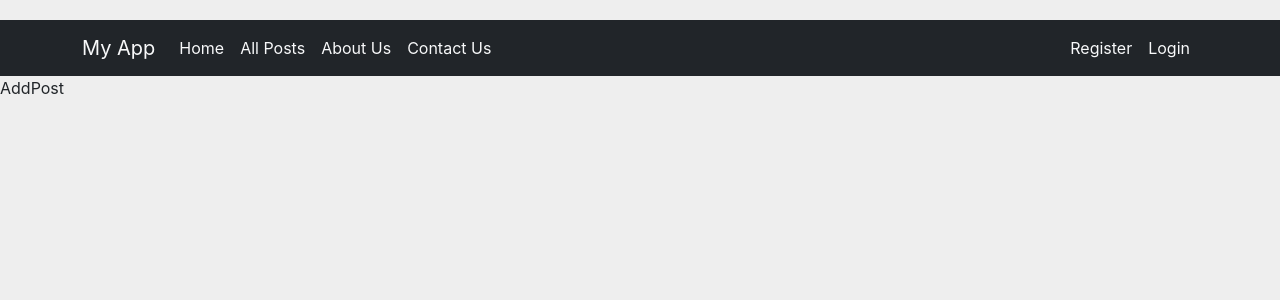
Repository: HiteshKumarMeghwar/react-redux-golang-mysql
Page: /add_post (app in react-redux/)
These files come from the project's save history. The page is drawn as it stood at one moment and after the next save; the edit follows.
The browser window is 1280 px wide. The pictures show the whole page.
Some web libraries are served in a nearby version. The project was rebuilt for these pictures with package versions that can differ from the ones it lists, and the page was loaded fresh each time. Also part of the build but not shown: react-redux/webpack.config.js, react-redux/src/App.css, react-redux/src/components/Login.js, react-redux/src/components/Register.js, react-redux/src/components/Dashboard.js, react-redux/src/components/AllPosts.js, react-redux/src/components/AboutUs.js, react-redux/src/components/ContactUs.js and 3 more.

Above is the page before, as saved 2023-03-17 15:09:57.

After the next save:
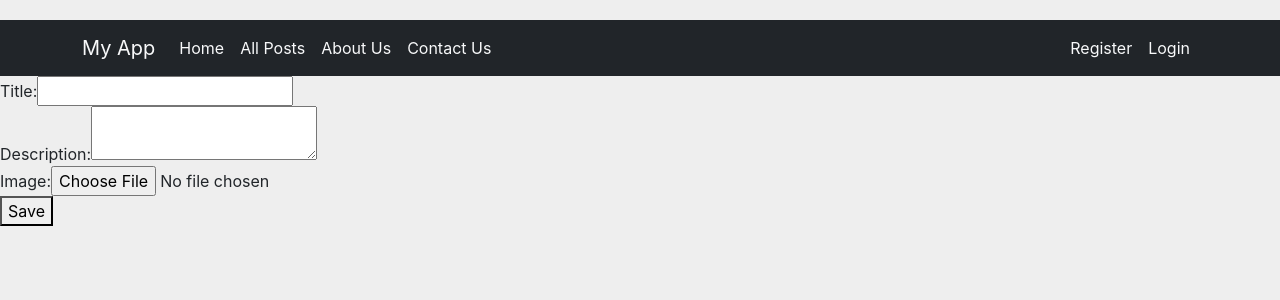
Saved 14 min 31 s later.
--- a/react-redux/src/components/AddPost.js
+++ b/react-redux/src/components/AddPost.js
@@ -1,11 +1,80 @@
-import React from 'react'
+import React, { useState } from "react";
 
-const AddPost = () => {
+function AddPost({ onSave }) {
+    const [title, setTitle] = useState("");
+    const [desc, setDesc] = useState("");
+    const [image, setImage] = useState(null);
+    const [errors, setErrors] = useState({});
+
+    function handleSubmit(event) {
+        event.preventDefault();
+
+        const data = new FormData();
+        data.append("title", title);
+        data.append("desc", desc);
+        data.append("image", image);
+
+        onSave(data);
+    }
+
+    function handleImageChange(event) {
+        const file = event.target.files[0];
+        setImage(file);
+    }
+
+    function validate() {
+        const errors = {};
+
+        if (!title) {
+        errors.title = "Title is required";
+        }
+
+        if (!desc) {
+        errors.desc = "Description is required";
+        }
+
+        if (!image) {
+        errors.image = "Image is required";
+        }
+
+        setErrors(errors);
+        return Object.keys(errors).length === 0;
+    }
+
     return (
+        <form onSubmit={handleSubmit}>
         <div>
-            AddPost
+            <label htmlFor="title">Title:</label>
+            <input
+            type="text"
+            id="title"
+            value={title}
+            onChange={(event) => setTitle(event.target.value)}
+            />
+            {errors.title && <div className="error">{errors.title}</div>}
         </div>
-    )
+        <div>
+            <label htmlFor="desc">Description:</label>
+            <textarea
+            id="desc"
+            value={desc}
+            onChange={(event) => setDesc(event.target.value)}
+            ></textarea>
+            {errors.desc && <div className="error">{errors.desc}</div>}
+        </div>
+        <div>
+            <label htmlFor="image">Image:</label>
+            <input
+            type="file"
+            id="image"
+            accept="image/*"
+            onChange={handleImageChange}
+            />
+            {errors.image && <div className="error">{errors.image}</div>}
+        </div>
+        <button type="submit">Save</button>
+        </form>
+    );
 }
 
 export default AddPost

After the save that followed:
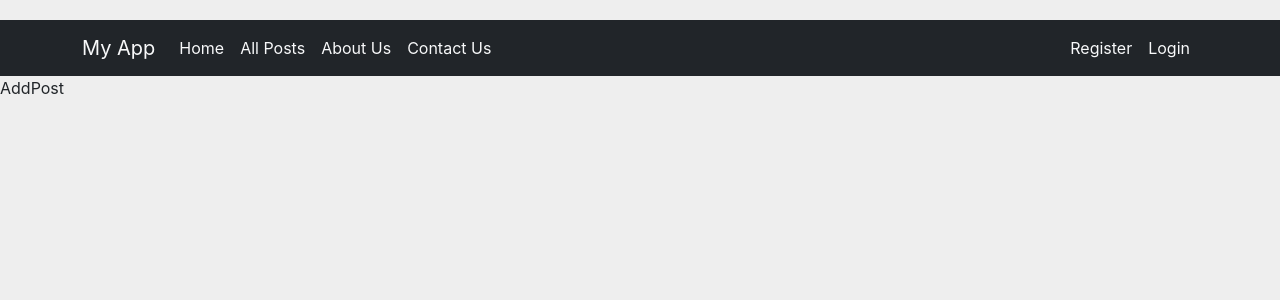
Saved 5 min 14 s later.
--- a/react-redux/src/components/AddPost.js
+++ b/react-redux/src/components/AddPost.js
@@ -1,80 +1,11 @@
-import React, { useState } from "react";
+import React from 'react'
 
-function AddPost({ onSave }) {
-    const [title, setTitle] = useState("");
-    const [desc, setDesc] = useState("");
-    const [image, setImage] = useState(null);
-    const [errors, setErrors] = useState({});
-
-    function handleSubmit(event) {
-        event.preventDefault();
-
-        const data = new FormData();
-        data.append("title", title);
-        data.append("desc", desc);
-        data.append("image", image);
-
-        onSave(data);
-    }
-
-    function handleImageChange(event) {
-        const file = event.target.files[0];
-        setImage(file);
-    }
-
-    function validate() {
-        const errors = {};
-
-        if (!title) {
-        errors.title = "Title is required";
-        }
-
-        if (!desc) {
-        errors.desc = "Description is required";
-        }
-
-        if (!image) {
-        errors.image = "Image is required";
-        }
-
-        setErrors(errors);
-        return Object.keys(errors).length === 0;
-    }
-
+const AddPost = () => {
     return (
-        <form onSubmit={handleSubmit}>
         <div>
-            <label htmlFor="title">Title:</label>
-            <input
-            type="text"
-            id="title"
-            value={title}
-            onChange={(event) => setTitle(event.target.value)}
-            />
-            {errors.title && <div className="error">{errors.title}</div>}
+            AddPost
         </div>
-        <div>
-            <label htmlFor="desc">Description:</label>
-            <textarea
-            id="desc"
-            value={desc}
-            onChange={(event) => setDesc(event.target.value)}
-            ></textarea>
-            {errors.desc && <div className="error">{errors.desc}</div>}
-        </div>
-        <div>
-            <label htmlFor="image">Image:</label>
-            <input
-            type="file"
-            id="image"
-            accept="image/*"
-            onChange={handleImageChange}
-            />
-            {errors.image && <div className="error">{errors.image}</div>}
-        </div>
-        <button type="submit">Save</button>
-        </form>
-    );
+    )
 }
 
 export default AddPost
